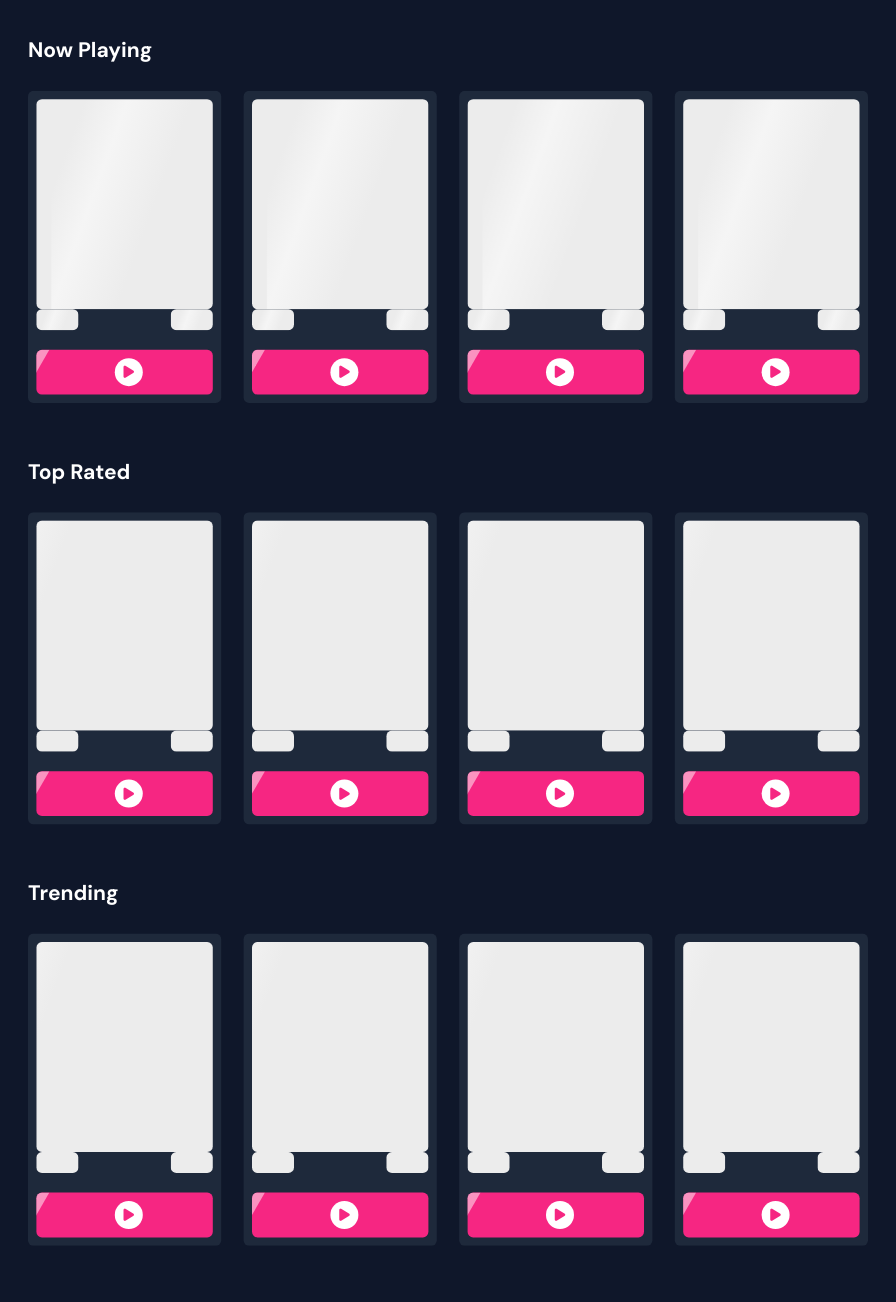
Repository: Linhyum/react-simple-movie
Page: /
These files come from the project's save history. The page is drawn as it stood at one moment and after the next save; the edit follows.
The browser window is 1280 px wide. The pictures show the part of the page from y = 754 to 2674 px (the page is 2614 px tall before and 2674 px after), at 70% of full size.
The page's requests for data from a server got no answer. The project was rebuilt for these pictures with package versions that can differ from the ones it lists, and the page was loaded fresh each time. No one was signed in, and anything a server would have sent is missing.

Above is the page before, as saved 2023-04-02 21:04:48.

### public/index.html
<!DOCTYPE html>
<html lang="en">
    <head>
        <meta charset="utf-8" />
        <link rel="icon" href="%PUBLIC_URL%/favicon.ico" />
        <meta name="viewport" content="width=device-width, initial-scale=1" />
        <meta name="theme-color" content="#000000" />
        <meta name="description" content="Web site created using create-react-app" />
        <link rel="apple-touch-icon" href="%PUBLIC_URL%/logo192.png" />
        <!--
      manifest.json provides metadata used when your web app is installed on a
      user's mobile device or desktop. See https://developers.google.com/web/fundamentals/web-app-manifest/
    -->
        <link rel="manifest" href="%PUBLIC_URL%/manifest.json" />
        <link
            rel="stylesheet"
            href="https://cdnjs.cloudflare.com/ajax/libs/font-awesome/6.4.0/css/all.min.css"
            integrity="sha512-iecdLmaskl7CVkqkXNQ/ZH/XLlvWZOJyj7Yy7tcenmpD1ypASozpmT/E0iPtmFIB46ZmdtAc9eNBvH0H/ZpiBw=="
            crossorigin="anonymous"
            referrerpolicy="no-referrer"
        />
        <!--
      Notice the use of %PUBLIC_URL% in the tags above.
      It will be replaced with the URL of the `public` folder during the build.
      Only files inside the `public` folder can be referenced from the HTML.

      Unlike "/favicon.ico" or "favicon.ico", "%PUBLIC_URL%/favicon.ico" will
      work correctly both with client-side routing and a non-root public URL.
      Learn how to configure a non-root public URL by running `npm run build`.
    -->
        <title>React App</title>
    </head>
    <body>
        <noscript>You need to enable JavaScript to run this app.</noscript>
        <div id="root"></div>
        <!--
      This HTML file is a template.
      If you open it directly in the browser, you will see an empty page.

      You can add webfonts, meta tags, or analytics to this file.
      The build step will place the bundled scripts into the <body> tag.

      To begin the development, run `npm start` or `yarn start`.
      To create a production bundle, use `npm run build` or `yarn build`.
    --></body>
</html>

### src/index.js
import React from "react";
import ReactDOM from "react-dom/client";
import "./index.scss";
import App from "./App";
import reportWebVitals from "./reportWebVitals";
import { BrowserRouter } from "react-router-dom";

const root = ReactDOM.createRoot(document.getElementById("root"));
root.render(
    <React.StrictMode>
        <BrowserRouter>
            <App />
        </BrowserRouter>
    </React.StrictMode>
);

// If you want to start measuring performance in your app, pass a function
// to log results (for example: reportWebVitals(console.log))
// or send to an analytics endpoint. Learn more: https://bit.ly/CRA-vitals
reportWebVitals();

### src/index.scss
@tailwind base;
@tailwind components;
@tailwind utilities;
@import url("https://fonts.googleapis.com/css2?family=DM+Sans:wght@400;500;700&display=swap");

@layer base {
    body.dark {
        @apply bg-slate-900 font-body px-5 text-white;
    }

    body {
        @apply bg-white text-slate-900;
        transition: all linear 0.3s;
    }
    body input {
        @apply text-white;
    }

    .pagination {
        display: flex;
        align-items: center;
        justify-content: center;
        column-gap: 30px;
        font-size: 22px;
        font-weight: 500;
    }

    .pagination .active {
        @apply text-primary;
    }

    @media (max-width: 639px) {
        .moive-page {
            @apply grid-cols-1;
        }
    }

    :root {
        --swiper-theme-color: #f62682 !important;
        --swiper-pagination-bullet-inactive-color: #aaa !important;
        --swiper-pagination-bullet-inactive-opacity: 1;
    }
    .swiper-button-prev,
    .swiper-button-next {
        position: absolute !important;
        top: 50% !important;
        width: 60px !important;
        height: 60px !important;
        margin-top: -12.5px !important;
        z-index: 10 !important;
        cursor: pointer !important;
        border-radius: 50% !important;
        background: rgb(204, 204, 204, 0.7) !important;
        transition: all 0.3s ease !important;
        display: flex;
        justify-content: center !important;
        align-items: center !important;
        font-weight: 700 !important;
    }

    .swiper-button-prev {
        left: 0;
    }

    .swiper-button-next {
        right: 0;
    }

    .swiper-button-prev:hover,
    .swiper-button-next:hover {
        background: rgb(204, 204, 204) !important;
    }
    .movie-list .swiper-pagination {
        display: none;
    }

    @media (max-width: 1023px) {
        .banner .swiper-pagination {
            display: none !important;
        }
    }
    .skeleton {
        background-color: #eee;
        background-image: linear-gradient(110deg, #ececec 8%, #f5f5f5 18%, #ececec 33%);
        background-size: 200% 100%;
        animation: 1.5s shine linear infinite;
    }
    @keyframes shine {
        to {
            background-position-x: -200%;
        }
    }
    /* Tạo thanh cuộn */
    body::-webkit-scrollbar {
        width: 10px;
    }

    /* Tạo màu nền cho thanh cuộn */
    body::-webkit-scrollbar-track {
        background-color: #eee;
    }

    /* Tạo màu cho thanh cuộn */
    body::-webkit-scrollbar-thumb {
        background-color: #f62682;
        border-radius: 5px;
    }
    button {
        position: relative;
        overflow: hidden;
        transition: all 0.3s ease-in-out;
    }

    button:before {
        content: "";
        position: absolute;
        top: 0;
        left: -100%;
        width: 100%;
        height: 100%;
        background-color: rgba(255, 255, 255, 0.5);
        transform: skewX(-30deg);
        transition: all 0.3s ease-in-out;
    }

    button:hover:before {
        left: 0;
    }

    button:hover {
        @apply bg-blue-600;
    }
    button:hover div {
        @apply text-blue-600;
    }
    button div {
        transition: all 0.3s ease-in-out;
    }
}

@layer components {
    .page-container {
        max-width: 1200px;
        @apply mx-auto;
    }
    .movie-list .swiper-slide {
        width: 270px;
    }
    .banner .swiper {
        height: 100%;
    }
    .trailer iframe {
        width: 100%;
        height: 100%;
    }
}

### src/App.js
import { Route, Routes } from "react-router-dom";
import Main from "./components/layout/Main";
// import HomePage from "./pages/HomePage";
// import MovieDetailsPage from "./pages/MovieDetailsPage";
// import MoviePage from "./pages/MoviePage";
import { lazy, Suspense } from "react";

const HomePage = lazy(() => import("./pages/HomePage"));
const MoviePage = lazy(() => import("./pages/MoviePage"));
const MovieDetailsPage = lazy(() => import("./pages/MovieDetailsPage"));

function App() {
    return (
        <Suspense fallback={<></>}>
            <Routes>
                <Route element={<Main></Main>}>
                    <Route path="/" element={<HomePage></HomePage>}></Route>
                    <Route path="/movies" element={<MoviePage></MoviePage>}></Route>
                    <Route
                        path="/movies/:slug"
                        element={<MovieDetailsPage></MovieDetailsPage>}
                    ></Route>
                </Route>
            </Routes>
        </Suspense>
    );
}

export default App;

### src/components/layout/Main.js
import React from "react";
import Header from "./Header";
import { Outlet } from "react-router-dom";
const Main = () => {
    return (
        <>
            <Header></Header>
            <Outlet></Outlet>
        </>
    );
};

export default Main;

### src/pages/HomePage.js
import React from "react";
import Banner from "../components/banner/Banner";
import MovieList from "../components/movie/MovieList";

const HomePage = () => {
    return (
        <>
            <Banner></Banner>
            <section className="movies-layout page-container pb-20">
                <h2 className="capitalize  mb-10 text-3xl font-bold">Now playing</h2>
                <MovieList type={"now_playing"}></MovieList>
            </section>

            <section className="movies-layout page-container pb-20">
                <h2 className="capitalize  mb-10 text-3xl font-bold">Top Rated</h2>
                <MovieList type={"top_rated"}></MovieList>
            </section>

            <section className="movies-layout page-container pb-20">
                <h2 className="capitalize  mb-10 text-3xl font-bold">Trending</h2>
                <MovieList type={"popular"}></MovieList>
            </section>
        </>
    );
};

export default HomePage;

### src/components/layout/Header.js
import React, { useState } from "react";
import { NavLink } from "react-router-dom";

const Header = () => {
    const [dark, setDark] = useState(true);
    const active = ({ isActive }) => isActive && "text-primary";
    const handleClick = () => {
        window.scrollTo({ top: 0, behavior: "smooth" });
    };
    if (dark) {
        document.body.classList.add("dark");
    } else {
        document.body.classList.remove("dark");
    }
    return (
        <>
            <header className="header text-xl font-semibold flex items-center justify-center gap-x-10  py-10 mb-5">
                <NavLink to={"/"} className={active}>
                    Home
                </NavLink>
                <NavLink to={"/movies"} className={active}>
                    Movies
                </NavLink>
            </header>
            <button
                className="fixed z-50 bottom-8 right-8  w-12 h-12 rounded-full bg-primary text-2xl"
                onClick={handleClick}
            >
                <i class="fa-solid fa-house"></i>
            </button>
            <div className="fixed top-3 right-3 z-50">
                <div
                    className={`relative transition-all duration-300 w-20 h-9 flex items-center cursor-pointer rounded-full ${
                        dark ? "bg-primary" : "bg-slate-400"
                    } `}
                    onClick={() => setDark(!dark)}
                >
                    <div
                        className={`absolute flex items-center justify-center transition-all duration-300 w-8 h-8 rounded-full  ${
                            dark ? "left-full -translate-x-full bg-white" : "left-0 bg-primary"
                        }`}
                    >
                        <i
                            className={`${
                                dark
                                    ? "fa-solid fa-moon text-primary"
                                    : "fa-solid fa-sun text-white"
                            }`}
                        ></i>
                    </div>
                </div>
            </div>
        </>
    );
};

export default Header;

### src/components/banner/Banner.js
import React from "react";
import useSWR from "swr";
import { SwiperSlide, Swiper } from "swiper/react";
import "swiper/scss";
import { fetcher, getImg, getMovieList } from "../../config";
import { useNavigate } from "react-router-dom";
import SwiperCore, { Navigation, Pagination, Autoplay } from "swiper";
import "swiper/swiper-bundle.css";
SwiperCore.use([Navigation, Pagination, Autoplay]);
const Banner = () => {
    const { data } = useSWR(getMovieList("upcoming"), fetcher);
    const banners = data?.results || [];
    return (
        <section className="banner h-[600px] page-container mb-20 ">
            <Swiper
                navigation={{ prevEl: ".swiper-button-prev", nextEl: ".swiper-button-next" }}
                autoplay={{ delay: 5000, disableOnInteraction: false }}
                pagination={{ clickable: true }}
                slidesPerView={1}
            >
                {banners.length > 0 &&
                    banners.map((item) => (
                        <SwiperSlide key={item.id}>
                            <BannerItem info={item}></BannerItem>
                        </SwiperSlide>
                    ))}
                <div className="swiper-button-prev"></div>
                <div className="swiper-button-next"></div>
            </Swiper>
        </section>
    );
};

const BannerItem = ({ info }) => {
    const navigate = useNavigate();
    return (
        <div className="w-full h-full rounded-lg relative text-white">
            <div className="overlay absolute inset-0 bg-gradient-to-t from-[rgba(0,0,0,0.7)] to-[rgba(0,0,0,0.2)] rounded-lg"></div>
            <img
                src={getImg(info.poster_path)}
                alt=""
                className="w-full h-full object-cover rounded-lg"
            />
            <div className="absolute left-5 bottom-5 w-full ">
                <h2 className="font-bold text-3xl mb-5">{info.title}</h2>
                <div className="flex items-center gap-x-3 mb-8">
                    <span className="cursor-pointer py-2 px-4 border border-white rounded-md">
                        Adventure
                    </span>
                    <span className="cursor-pointer py-2 px-4 border border-white rounded-md">
                        Adventure
                    </span>
                    <span className="cursor-pointer py-2 px-4 border border-white rounded-md">
                        Adventure
                    </span>
                </div>
                <button
                    onClick={() => navigate(`/movies/${info.id}`)}
                    className="py-3 flex items-center justify-center gap-x-3 px-6 rounded-lg bg-primary text-xl  font-bold"
                >
                    <span>Watch Now</span>
                    <div className="w-10 h-10 rounded-full bg-white text-primary flex items-center justify-center">
                        <i class="fa-solid fa-play"></i>
                    </div>
                </button>
            </div>
        </div>
    );
};

export default Banner;

### src/components/movie/MovieList.js
import React from "react";
import { SwiperSlide, Swiper } from "swiper/react";
import "swiper/scss";
import useSWR from "swr";
import { fetcher, getMovieList } from "../../config";
import MovieCard, { MovieCardSkeleton } from "./MovieCard";
import SwiperCore, { Navigation, Pagination, Autoplay } from "swiper";
import "swiper/swiper-bundle.css";
SwiperCore.use([Navigation, Pagination, Autoplay]);
//https://api.themoviedb.org/3/movie/now_playing?api_key=<<api_key>>
//https://api.themoviedb.org/3/movie/popular?api_key=<<api_key>>
//https://api.themoviedb.org/3/movie/top_rated?api_key=<<api_key>>
let slidesPerView = 0;
const MovieList = ({ type }) => {
    const { data, isLoading } = useSWR(getMovieList(type), fetcher);
    const movies = data?.results || [];
    return (
        <div className="movie-list">
            <Swiper
                navigation={{ prevEl: ".swiper-button-prev", nextEl: ".swiper-button-next" }}
                spaceBetween={30}
                slidesPerView={slidesPerView}
                grabCursor={true}
                breakpoints={{
                    0: {
                        slidesPerView: 1,
                        spaceBetween: 0,
                    },
                    640: {
                        slidesPerView: 2,
                        spaceBetween: 20,
                    },
                    768: {
                        slidesPerView: 3,
                        spaceBetween: 20,
                    },
                    1024: {
                        slidesPerView: 4,
                        spaceBetween: 30,
                    },
                    1280: {
                        slidesPerView: 4,
                        spaceBetween: 30,
                    },
                    1536: {
                        slidesPerView: 5,
                        spaceBetween: 40,
                    },
                }}
            >
                {!isLoading && (
                    <div className="grid grid-cols-4 gap-x-8">
                        <MovieCardSkeleton></MovieCardSkeleton>
                        <MovieCardSkeleton></MovieCardSkeleton>
                        <MovieCardSkeleton></MovieCardSkeleton>
                        <MovieCardSkeleton></MovieCardSkeleton>
                    </div>
                )}
                {isLoading &&
                    movies.length > 0 &&
                    movies.map((item) => (
                        <SwiperSlide key={item.id}>
                            <MovieCard info={item}></MovieCard>
                        </SwiperSlide>
                    ))}
                <div className="swiper-button-prev"></div>
                <div className="swiper-button-next"></div>
            </Swiper>
        </div>
    );
};

export default MovieList;

### src/components/movie/MovieCard.js
import React from "react";
import { useNavigate } from "react-router-dom";
import Button from "../button/Button";

import { getImg } from "../../config";
import { withErrorBoundary } from "react-error-boundary";
import LoadingSkeleton from "../LoadingSkeleton";
const MovieCard = ({ info }) => {
    const navigate = useNavigate();
    return (
        <div className="movie-card text-white hover:shadow-lg hover:shadow-primary transition-all duration-300 rounded-lg p-3 bg-slate-800 select-none">
            <img
                src={getImg(info.poster_path)}
                alt=""
                className="object-cover w-full h-[350px] rounded-lg mb-5"
            />
            <h3 title={info.title} className="text-xl font-bold mb-3 truncate">
                {info.title}
            </h3>
            <div className="flex items-center justify-between text-sm  mb-7">
                <span className="opacity-50">{new Date(info.release_date).getFullYear()}</span>
                <div className="flex items-center gap-x-2">
                    <span className="opacity-50">{info.vote_average.toFixed(1)}</span>
                    <div className="text-yellow-400">
                        <i class="fa-solid fa-star"></i>
                    </div>
                </div>
            </div>
            <Button onclick={() => navigate(`/movies/${info.id}`)} title={"Watch now"}></Button>
        </div>
    );
};

function FallbackComponent() {
    return <p className="text-red-500 bg-red-200">Something went wrong with this component</p>;
}

export default withErrorBoundary(MovieCard, {
    FallbackComponent,
});

export function MovieCardSkeleton() {
    return (
        <div className="movie-card text-white hover:shadow-lg hover:shadow-primary transition-all duration-300 rounded-lg p-3 bg-slate-800 select-none">
            <LoadingSkeleton height="300px" radius="8px"></LoadingSkeleton>
            <div className="flex items-center justify-between text-sm  mb-7">
                <LoadingSkeleton height="30px" width="60px" radius="8px"></LoadingSkeleton>

                <div className="flex items-center gap-x-2">
                    <LoadingSkeleton height="30px" width="60px" radius="8px"></LoadingSkeleton>
                </div>
            </div>
            <Button></Button>
        </div>
    );
}

### src/config.js
const fetcher = (...args) => fetch(...args).then((res) => res.json());
const getMovieList = (type1 = "", type2 = "", type3 = "") =>
    `https://api.themoviedb.org/3${type3}/movie/${type1}${type2}?api_key=9e4dcf244e30611641c2a44c752a2353`;
const getImg = (type) => `https://image.tmdb.org/t/p/original${type}`;
export { fetcher, getMovieList, getImg };

### src/components/button/Button.js
import React from "react";

const Button = ({ onclick, title }) => {
    return (
        <button
            onClick={onclick}
            className="py-3 text-white flex items-center justify-center gap-x-3 bg-primary rounded-lg w-full text-xl font-bold hover:opacity-90"
        >
            <span>{title}</span>
            <div className="w-10 h-10 rounded-full bg-white text-primary flex items-center justify-center">
                <i class="fa-solid fa-play"></i>
            </div>
        </button>
    );
};

export default Button;

### src/components/LoadingSkeleton.js
import React from "react";

const LoadingSkeleton = (props) => {
    return (
        <div
            className={`skeleton ${props.className}`}
            style={{
                height: props.height,
                width: props.width || "100%",
                borderRadius: props.radius,
            }}
        ></div>
    );
};

export default LoadingSkeleton;

### tailwind.config.js
/** @type {import('tailwindcss').Config} */
module.exports = {
    content: ["./src/**/*.{js,jsx,ts,tsx}"],
    theme: {
        extend: {
            fontFamily: {
                body: ["DM Sans", "sans-serif"],
            },
            colors: {
                primary: "#f62682",
            },
        },
    },
    plugins: [],
};

Loaded but not shown: src/reportWebVitals.js (common file)

After the next save:
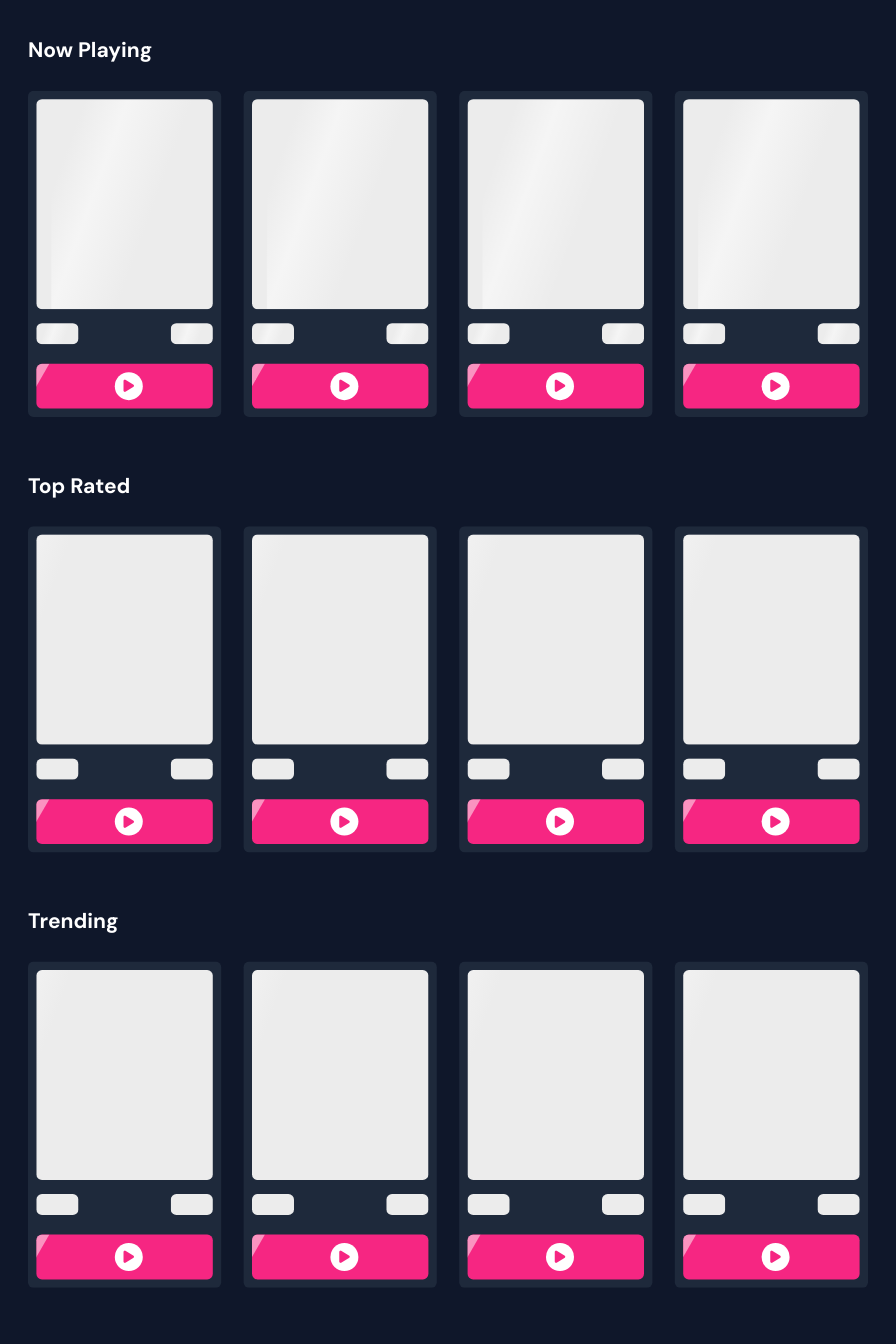
Saved 32 s later.
--- a/src/components/movie/MovieCard.js
+++ b/src/components/movie/MovieCard.js
@@ -43,7 +43,7 @@ export function MovieCardSkeleton() {
     return (
         <div className="movie-card text-white hover:shadow-lg hover:shadow-primary transition-all duration-300 rounded-lg p-3 bg-slate-800 select-none">
             <LoadingSkeleton height="300px" radius="8px"></LoadingSkeleton>
-            <div className="flex items-center justify-between text-sm  mb-7">
+            <div className="flex items-center justify-between text-sm mt-5  mb-7">
                 <LoadingSkeleton height="30px" width="60px" radius="8px"></LoadingSkeleton>
 
                 <div className="flex items-center gap-x-2">
